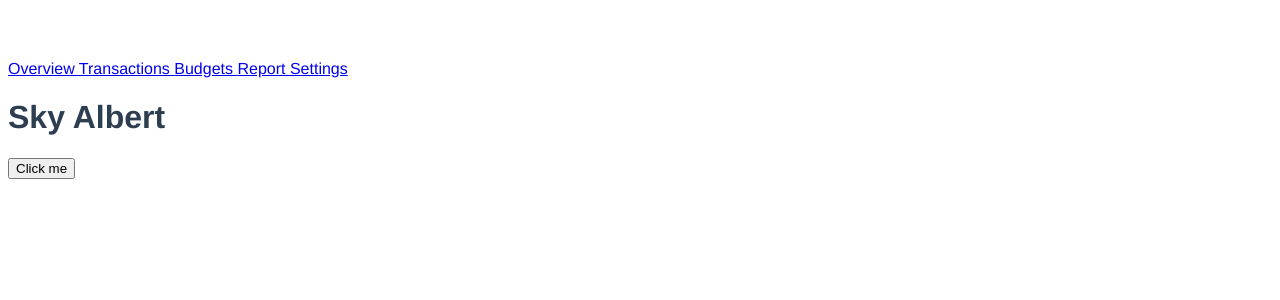
Repository: bxTruong/project7-jsonserver-router
Page: /
An editor plug-in stored every save of this project. The page is shown before and after a run of saves, followed by the edit.
The browser window is 1280 px wide. The pictures show the whole page.
The project was rebuilt for these pictures with package versions that can differ from the ones it lists, and the page was loaded fresh each time. Also part of the build but not shown: vue.config.js, src/pages/transactions.vue, src/pages/transaction-detail.vue, src/pages/not-found.vue.

Above is the page before, as saved 2023-01-04 16:10:23.

After the next 2 saves:
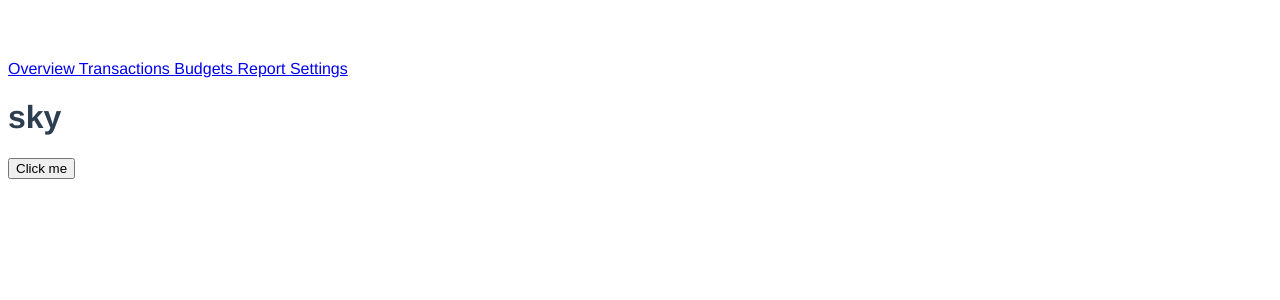
The 2 saves are shown as one change because they came seconds apart.
The last was saved 43 s later.
--- a/src/pages/home.vue
+++ b/src/pages/home.vue
@@ -7,7 +7,7 @@
 import {ref} from "vue";
 export default {
     setup(){
-        const firstName="Sky Albert";
+        const firstName=ref("sky");
 
         function onChangeSomething(){
             console.log("running here ...");

After the 4 saves that followed:
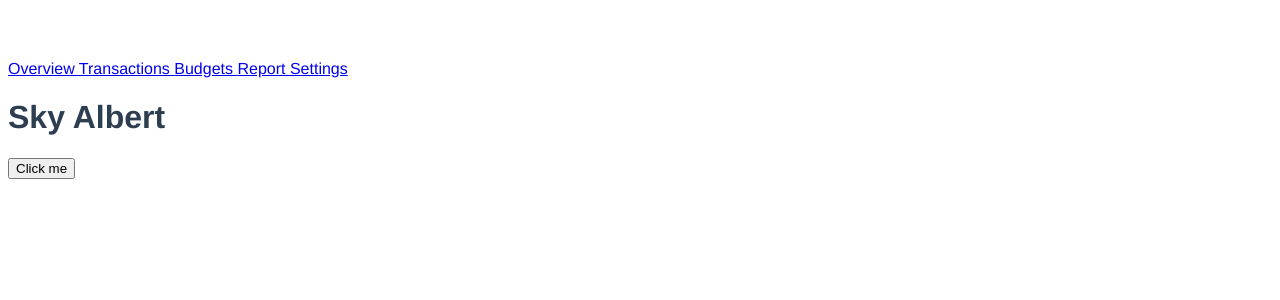
The 4 saves are shown as one change because they came seconds apart.
The last was saved 9 s later.
--- a/src/pages/home.vue
+++ b/src/pages/home.vue
@@ -7,7 +7,7 @@
 import {ref} from "vue";
 export default {
     setup(){
-        const firstName=ref("sky");
+        const firstName=ref("Sky Albert");
 
         function onChangeSomething(){
             console.log("running here ...");
